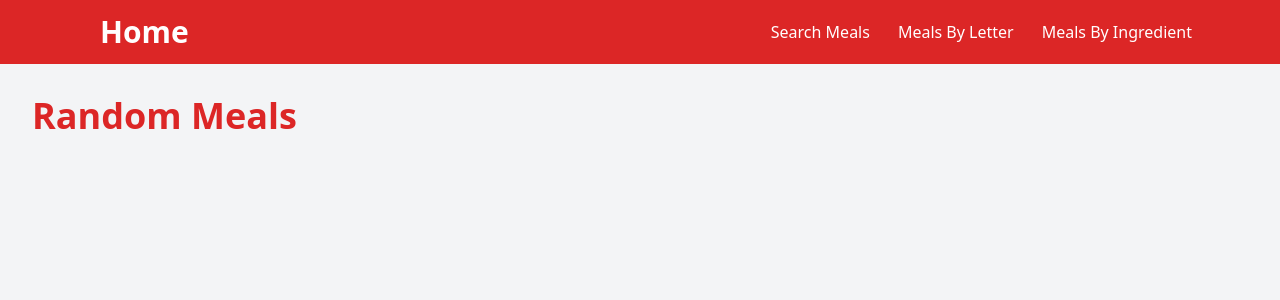
Repository: HalemX/meals
Page: /
An editor plug-in stored every save of this project. The page is shown before and after the next save, followed by the edit.
The browser window is 1280 px wide. The pictures show the whole page.
The page's requests for data from a server got no answer. The project was rebuilt for these pictures with package versions that can differ from the ones it lists, and the page was loaded fresh each time. No one was signed in, and anything a server would have sent is missing. Also part of the build but not shown: vite.config.js.

Above is the page before, as saved 2024-02-12 17:25:14.

### index.html
<!DOCTYPE html>
<html lang="en">
  <head>
    <meta charset="UTF-8" />
    <link rel="icon" type="image/svg+xml" href="/vite.svg" />
    <meta name="viewport" content="width=device-width, initial-scale=1.0" />
    <title>Vite + Vue</title>
  </head>
  <body class="bg-gray-100 h-full">
    <div id="app"></div>
    <script type="module" src="/src/main.js"></script>
  </body>
</html>

### src/main.js
import { createApp } from "vue";

import router from "./router";
import store from "./store";
import "./style.css";

import App from "./App.vue";

const app = createApp(App);
app.use(router);
app.use(store);

app.mount("#app");

### src/router/index.js
import { createRouter, createWebHistory } from "vue-router";

import Home from "../pages/home/Home.vue";

import DefaultLayout from "../components/layout/DefaultLayout.vue";
import GuestLayout from "../components/layout/GuestLayout.vue";

import MealsByIngredient from "../pages/meals/MealsByIngredient.vue";
import MealsByLetters from "../pages/meals/MealsByLetters.vue";
import MealsByName from "../pages/meals/MealsByName.vue";
import MealDetails from "../components/meals_components/MealDetails.vue";
import AllIngredients from "../pages/meals/AllIngredients.vue";

const routes = [
  {
    path: "/",
    component: DefaultLayout,
    children: [
      {
        path: "/",
        name: "home",
        component: Home,
      },
      {
        path: "/by-letter/:letter?",
        name: "byLetter",
        component: MealsByLetters,
      },
      {
        path: "/by-name/:name?",
        name: "byName",
        component: MealsByName,
      },
      {
        path: "/ingredients",
        name: "ingredients",
        component: AllIngredients,
      },
      {
        path: "/by-ingredient/:ingredient",
        name: "byIngredient",
        component: MealsByIngredient,
      },
      {
        path: "/meal/:id",
        name: "mealDetails",
        component: MealDetails,
      },
    ],
  },
  {
    path: "/guest",
    component: GuestLayout,
    children: [],
  },
];

const router = createRouter({
  history: createWebHistory(),
  routes,
});

export default router;

### src/store/index.js
import { createStore } from "vuex";

import mealsModule from "./modules/meals/index";

const store = createStore({
  modules: {
    mealsModule,
  },
});

export default store;

### src/App.vue
<template>
  <router-view v-slot="slotProps">
    <transition name="route" mode="out-in">
      <component :is="slotProps.Component"></component>
    </transition>
  </router-view>
</template>

<style scoped>
.route-enter-from {
  opacity: 0;
  transform: translateY(-30px);
}
.route-leave-to {
  opacity: 0;
  transform: translateY(30px);
}
.route-enter-active {
  transition: all 0.4s ease-out;
}
.route-enter-active {
  transition: all 0.4s ease-in;
}
.route-enter-to,
.route-leave-from {
  opacity: 1;
  transform: translateY(0);
}
</style>

### src/pages/home/Home.vue
<template>
  <div>
    <div class="p-8 pb-0 text-[#dc2626]">
      <h1 class="text-4xl font-bold mb-4">Random Meals</h1>
    </div>
    <meals-item></meals-item>
  </div>
</template>

<script>
import { onMounted, ref } from "vue";
import MealsItem from "../../components/meals_components/MealsItem.vue";
import axiosClient from "../../axiosClient";

export default {
  component: {
    MealsItem,
  },
  setup() {
    const meals = ref([]);

    onMounted(async () => {
      for (let i = 0; i < 10; i++) {
        axiosClient
          .get(`random.php`)
          .then(({ data }) => meals.value.push(data.meals[0]));
      }
    });

    return { meals };
  },
};
</script>

### src/components/layout/DefaultLayout.vue
<template>
  <div>
    <navbar />
    <main>
      <router-view v-slot="slotProps">
        <transition name="route" mode="out-in">
          <component :is="slotProps.Component"></component>
        </transition>
      </router-view>
    </main>
  </div>
</template>

<script>
import Navbar from "./Navbar.vue";
export default {
  components: {
    Navbar,
  },
};
</script>

<style>
.route-enter-from {
  opacity: 0;
  transform: translateY(-30px);
}
.route-leave-to {
  opacity: 0;
  transform: translateY(30px);
}
.route-enter-active {
  transition: all 0.4s ease-out;
}
.route-enter-active {
  transition: all 0.4s ease-in;
}
.route-enter-to,
.route-leave-from {
  opacity: 1;
  transform: translateY(0);
}
</style>

### src/store/modules/meals/index.js
import mutations from "./mutations";
import actions from "./actions";
import getters from "./getters";

export default {
  state() {
    return {
      searchMealsByName: [],
      searchMealsByLetter: [],
      searchMealsByIng: [],
    };
  },
  mutations,
  actions,
  getters,
};

### src/axiosClient.js
import axios from "axios";

const axiosClient = axios.create({
  baseURL: import.meta.env.VITE_API_BASE_URL,
});

export default axiosClient;

### src/components/layout/Navbar.vue
<template>
  <div class="bg-[#dc2626]">
    <header
      class="text-white shadow h-16 flex justify-between items-stretch bg-[#dc2626] md:mx-20"
    >
      <router-link
        class="text-3xl inline-flex items-center h-full px-5 font-bold"
        :to="{ name: 'home' }"
        >Home</router-link
      >
      <div class="flex items-center gap-3">
        <router-link
          class="inline-flex items-center px-2 h-full transition-colors hover:bg-[#ef4444]"
          :to="{ name: 'byName' }"
          >Search Meals</router-link
        >
        <router-link
          class="inline-flex items-center px-2 h-full transition-colors hover:bg-[#f87171]"
          :to="{ name: 'byLetter' }"
          >Meals By Letter</router-link
        >
        <router-link
          class="inline-flex items-center px-2 h-full transition-colors hover:bg-[#f87171]"
          :to="{ name: 'ingredients' }"
          >Meals By Ingredient</router-link
        >
      </div>
    </header>
  </div>
</template>

<script>
export default {};
</script>

<style scoped>
header {
  box-shadow: none !important;
}
</style>

### src/store/modules/meals/mutations.js
export default {
  setSearchMealsByName(state, meals) {
    state.searchMealsByName = meals;
  },
  setSearchMealsByLetter(state, meals) {
    state.searchMealsByLetter = meals;
  },
  setSearchMealsByIng(state, meals) {
    state.searchMealsByIng = meals;
  },
};

### src/store/modules/meals/actions.js
import axiosClient from "../../../axiosClient";

export default {
  async searchMealsByName(context, enterName) {
    const response = await axiosClient.get(`search.php?s=${enterName}`);

    const responseData = await response.data;

    context.commit("setSearchMealsByName", responseData.meals);
  },

  async searchMealsLetter(context, letter) {
    const response = await axiosClient.get(`search.php?f=${letter}`);

    const responseData = await response.data;

    context.commit("setSearchMealsByLetter", responseData.meals);
  },

  async searchMealsByIng(context, enterIng) {
    const response = await axiosClient.get(`filter.php?i=${enterIng}`);

    const responseData = await response.data;

    context.commit("setSearchMealsByIng", responseData.meals);
  },

  //   async fetchMeals(context) {
  //     const response = await fetch(
  //       "https://www.themealdb.com/api/json/v1/1/search.php?s=Arrabiata"
  //     );
  //     const responseData = await response.json();
  //     if (!response.ok) {
  //       const error = new Error(responseData.message || "Failed to fetch Meals");
  //       throw error;
  //     }
  //     // console.log(responseData.meals);
  //     // const meals = [];
  //     // for (const key in responseData) {
  //     //   const request = {
  //     //     id: key,
  //     //     coachId: coachId,
  //     //     userEmail: responseData[key].userEmail,
  //     //     message: responseData[key].message,
  //     //   };
  //     //   requests.push(request);
  //     // }
  //     context.commit("setMeals", responseData.meals.slice(0, 5));
  //   },
};

### src/store/modules/meals/getters.js
export default {
  getSearchMealsByName(state) {
    return state.searchMealsByName;
  },
  getSearchMealsByLetter(state) {
    return state.searchMealsByLetter;
  },
  getSearchMealsByIng(state) {
    return state.searchMealsByIng;
  },
};

### tailwind.config.js
/** @type {import('tailwindcss').Config} */
export default {
  content: ["./index.html", "./src/**/*.{vue,js,ts,jsx,tsx}"],
  theme: {
    extend: {},
  },
  plugins: [
    require("@tailwindcss/forms"),
    // ...
  ],
};

### src/components/layout/GuestLayout.vue
<template>
  <div>Login</div>
</template>

### src/pages/meals/MealsByIngredient.vue
<template>
  <meals-item :meals="mealsByIng"></meals-item>
</template>

<script>
import MealsItem from "../../components/meals_components/MealsItem.vue";

import { computed, onMounted } from "vue";
import { useRoute } from "vue-router";
import { useStore } from "vuex";

export default {
  components: {
    MealsItem,
  },
  setup() {
    const route = useRoute();
    const store = useStore();

    const mealsByIng = computed(() => {
      return store.getters.getSearchMealsByIng;
    });

    onMounted(() => {
      store.dispatch("searchMealsByIng", route.params.ingredient);
    });

    return { mealsByIng };
  },
};
</script>

### src/pages/meals/MealsByLetters.vue
<template>
  <div class="lg:mx-20">
    <div class="flex gap-1 justify-center">
      <router-link
        :to="{ name: 'byLetter', params: { letter } }"
        v-for="letter in letters"
        :key="letter"
      >
        {{ letter }}</router-link
      >
    </div>
    <transition name="route" mode="out-in">
      <meals-item
        :class="{ animate: update }"
        :meals="mealsByLetter"
      ></meals-item>
    </transition>
  </div>
</template>

<script>
import MealsItem from "../../components/meals_components/MealsItem.vue";

import { computed, watch, ref } from "vue";
import { useStore } from "vuex";
import { useRoute } from "vue-router";

export default {
  components: {
    MealsItem,
  },
  setup() {
    const store = useStore();
    const update = ref(false);

    const rout = useRoute();

    async function searchMealsLetter() {
      update.value = true;
      try {
        await store.dispatch("searchMealsLetter", rout.params.letter);
      } catch (error) {
        error = error.message || "Something failed";
      }
      update.value = false;
    }

    watch(rout, () => {
      searchMealsLetter();
    });

    const mealsByLetter = computed(() => {
      return store.getters.getSearchMealsByLetter;
    });

    const letters = "ABCDEFGHIJKLMNOPQRSTUVWXYZ".split("");

    return { letters, mealsByLetter, update };
  },
};
</script>

<style scoped>
.animate {
  animation: animation 0.9s ease-in;
}

@keyframes animation {
  40% {
    opacity: 0;
    transform: scale(0.3);
    transform: translateY(-30px);
  }
  50% {
    opacity: 0.3;
    transform: scale(0.5);
    transition: all 0.9s ease-out;
  }
  70% {
    opacity: 0.5;
    transform: scale(0.7);
    transition: all 0.9s ease-out;
  }
  80% {
    opacity: 1;
    transform: translateY(0);
  }
}
</style>

### src/pages/meals/MealsByName.vue
<template>
  <div class="lg:mx-20">
    <div class="p-8 pb-0">
      <div
        class="rounded border-2 border-gray-200 bg-white flex"
        :class="{ invalid: emptyEnter }"
      >
        <input
          type="text"
          class="rounded border-2 border-gray-200"
          placeholder="Search for Meals"
          v-model.trim="enterName"
          @change="searchMealsByName"
        />
        <button
          @click="searchMealsByName"
          class="m-2 px-3 transition ease-in-out delay-150 sm:mt-2 border-[#ef4444] bg-[#ef4444] hover:scale-105 hover:bg-[#f87171] duration-300 text-white py-1 rounded"
        >
          Enter to Search
        </button>
      </div>
    </div>
    <meals-item v-if="!emptyEnter" :meals="mealsByName"></meals-item>
    <p v-else class="text-[#ff0000] mt-2 px-8">Must Enter Name of Meal!</p>
  </div>
</template>

<script>
import { computed, onMounted, ref } from "vue";
import { useStore } from "vuex";
import { useRoute } from "vue-router";
import MealsItem from "../../components/meals_components/MealsItem.vue";

export default {
  components: {
    MealsItem,
  },
  setup() {
    const enterName = ref("");
    const emptyEnter = ref(false);

    const store = useStore();

    const mealsByName = computed(() => {
      return store.getters.getSearchMealsByName;
    });

    function searchMealsByName() {
      if (enterName.value) {
        store.dispatch("searchMealsByName", enterName.value);
        emptyEnter.value = false;
      } else {
        emptyEnter.value = true;
      }
    }

    const rout = useRoute();
    onMounted(() => {
      enterName.value = rout.params.name;
      if (enterName.value) {
        searchMealsByName();
      }
    });

    return { searchMealsByName, mealsByName, enterName, emptyEnter };
  },
};
</script>

<style scoped>
input {
  transition: 0.3s;
  caret-color: #dc2626;
  flex-grow: 2;
  border: none;
}
input:focus {
  outline: none !important;
  border-color: transparent !important;
  box-shadow: none !important;
}
.invalid {
  border-color: red;
}
@media (max-width: 420px) {
  div {
    flex-direction: column;
    background-color: transparent;
    border: none;
  }
  p {
    width: 260px;
    margin: auto;
  }
}
</style>

### src/components/meals_components/MealDetails.vue
<template>
  <div class="md:mx-20 p-8">
    <div
      class="intro flex items-center md:flex-row flex-col-reverse justify-between"
    >
      <div class="heading md:mx-10 text-center md:text-start w-full">
        <h1 class="text-1xl sm:text-2xl md:text-4xl font-bold mb-1">
          {{ meal.strMeal }}
        </h1>
        <div class="text-lg py-2">
          <div>
            <span class="font-bold">Category:</span>
            {{ meal.strCategory }}
          </div>
          <div>
            <span class="font-bold">Area:</span>
            {{ meal.strArea }}
          </div>
          <div>
            <span v-if="meal.strTags" class="font-bold">Tags:</span>
            {{ meal.strTags }}
          </div>
        </div>
      </div>
      <div class="rounded-lg flex justify-center md:justify-end">
        <img
          :src="meal.strMealThumb"
          :alt="meal.strMeal"
          class="max-w[100%] rounded-lg md:w-[100%] w-[70%]"
        />
      </div>
    </div>

    <div
      class="my-3 bg-[#ef4444] shadow text-white p-5 rounded md:leading-loose"
    >
      {{ meal.strInstructions }}
    </div>

    <div class="grid grid-cols-1 sm:grid-cols-2">
      <div>
        <h2 class="text-2xl font-semibold mb-2">Ingredients</h2>
        <ul>
          <div v-for="(_, ind) of new Array(20)">
            <li v-if="meal[`strIngredient${ind + 1}`]">
              {{ ind + 1 }}. {{ meal[`strIngredient${ind + 1}`] }}
            </li>
          </div>
        </ul>
      </div>
      <div>
        <h2 class="text-2xl font-semibold mb-2">Measures</h2>
        <ul>
          <div v-for="(_, ind) of new Array(20)">
            <li v-if="meal[`strIngredient${ind + 1}`]">
              {{ ind + 1 }}. {{ meal[`strMeasure${ind + 1}`] }}
            </li>
          </div>
        </ul>
      </div>
      <div class="flex items-center">
        <base-buttons class="mx-0" :href="meal.strYoutube"
          >Youtube</base-buttons
        >
        <base-buttons link="link" :src="meal.strSource"
          >View Original Source</base-buttons
        >
      </div>
    </div>
  </div>
</template>

<script>
import axiosClient from "../../axiosClient";
import BaseButtons from "../ui/BaseButtons.vue";

import { ref, onMounted } from "vue";
import { useRoute } from "vue-router";

export default {
  components: {
    BaseButtons,
  },
  setup() {
    const meal = ref({});

    const route = useRoute();
    onMounted(() => {
      axiosClient.get(`lookup.php?i=${route.params.id}`).then(({ data }) => {
        meal.value = data.meals[0] || {};
      });
    });

    return { meal };
  },
};
</script>

### src/pages/meals/AllIngredients.vue
<template>
  <div class="p-8 lg:mx-20">
    <h1 class="text-4xl font-bold mb-4">Ingredients</h1>
    <div class="grid grid-cols-1 md:grid-cols-2 gap-5">
      <router-link
        :to="{
          name: 'byIngredient',
          params: { ingredient: ingredient.strIngredient },
        }"
        v-for="ingredient of perfectIng"
        :key="ingredient.idIngredient"
        class="block bg-[#ef4444] text-white p-3 rounded mb-3 shadow md:leading-loose"
      >
        <h3 class="text-2xl font-bold mb-4">{{ ingredient.strIngredient }}</h3>
        <p v-if="ingredient.strDescription">
          {{ ingredient.strDescription }}
        </p>
        <p v-else>No Description Found of This Ingredient.</p>
      </router-link>
    </div>
  </div>
</template>

<script>
import { onMounted, ref } from "vue";
import axiosClient from "../../axiosClient";

export default {
  setup() {
    const ingredients = ref([]);
    const hasIngDesc = ref([]);
    const perfectIng = ref([]);

    onMounted(() => {
      axiosClient.get("list.php?i=list").then(({ data }) => {
        ingredients.value = data.meals;
        hasIngDesc.value = ingredients.value.filter((ing) => {
          return ing.strDescription !== null;
        });
        perfectIng.value = hasIngDesc.value.filter((perfIng) => {
          return perfIng.strDescription.length > 800;
        });
      });
    });

    return { ingredients, hasIngDesc, perfectIng };
  },
};
</script>

### src/components/meals_components/MealsItem.vue
<template>
  <div class="grid grid-cols-1 md:grid-cols-3 gap-5 p-8">
    <div
      v-for="meal of meals"
      :key="meal.idMeal"
      class="bg-white shadow rounded-xl hover:scale-105 transition-all"
    >
      <router-link :to="{ name: 'mealDetails', params: { id: meal.idMeal } }">
        <img
          :src="meal.strMealThumb"
          :alt="meal.strMeal"
          class="rounded-t-xl w-full h-48 object-cover"
        />
      </router-link>
      <div class="p-3">
        <h3 class="font-bold">{{ meal.strMeal }}</h3>
        <p class="mb-4">
          Lorem ipsum dolor sit, amet consectetur adipisicing elit. Repellendus
          dicta saepe.
        </p>
      </div>
      <div class="flex items-center justify-between">
        <base-buttons :href="meal.strYoutube"></base-buttons>
      </div>
    </div>
  </div>
</template>

<script>
import BaseButtons from "../ui/BaseButtons.vue";

export default {
  components: {
    BaseButtons,
  },
  props: ["meals"],
};
</script>

### src/components/ui/BaseButtons.vue
<template>
  <a
    v-if="!link"
    :href="href"
    target="_blank"
    class="transition ease-in-out delay-150 border-[#dc2626] bg-[#dc2626] hover:-translate-y-1 hover:scale-110 hover:bg-[#f87171] duration-300 px-2 m-2 py-2 rounded border-2 text-white border-0"
  >
    <slot>Youtube</slot>
  </a>
  <a
    v-else
    :href="src"
    target="_blank"
    class="transition ease-in-out delay-150 border-[#ef4444] bg-[#ef4444] hover:-translate-y-1 hover:scale-110 hover:bg-[#f87171] duration-300 text-white px-2 m-2 mx-3 py-2 rounded border-0"
  >
    <slot></slot>
  </a>
</template>

<script>
export default {
  props: {
    href: {
      type: String,
    },
    src: {
      type: String,
    },
    link: {
      type: String,
    },
  },
  setup() {},
};
</script>

### src/pages/home/HomePage.vue
<template>
  <div>
    <div class="p-8 pb-0 text-[#dc2626]">
      <h1 class="text-4xl font-bold mb-4">Random Meals</h1>
    </div>
    <meals-item></meals-item>
  </div>
</template>

<script>
import { onMounted, ref } from "vue";
import MealsItem from "../../components/meals_components/MealsItem.vue";
import axiosClient from "../../axiosClient";

export default {
  component: {
    MealsItem,
  },
  setup() {
    const meals = ref([]);

    onMounted(async () => {
      for (let i = 0; i < 10; i++) {
        axiosClient
          .get(`random.php`)
          .then(({ data }) => meals.value.push(data.meals[0]));
      }
    });

    return { meals };
  },
};
</script>

Loaded but not shown: src/style.css (common file)

After the next save:
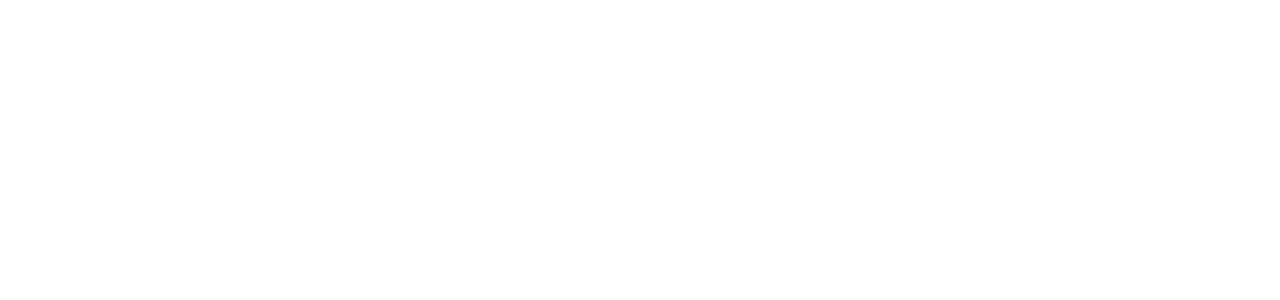
Console error: ReferenceError: Home is not defined
Saved 73 s later.
--- a/src/router/index.js
+++ b/src/router/index.js
@@ -1,6 +1,6 @@
 import { createRouter, createWebHistory } from "vue-router";
 
-import Home from "../pages/home/Home.vue";
+import HomePage from "../pages/home/Home.vue";
 
 import DefaultLayout from "../components/layout/DefaultLayout.vue";
 import GuestLayout from "../components/layout/GuestLayout.vue";

After the 2 saves that followed:
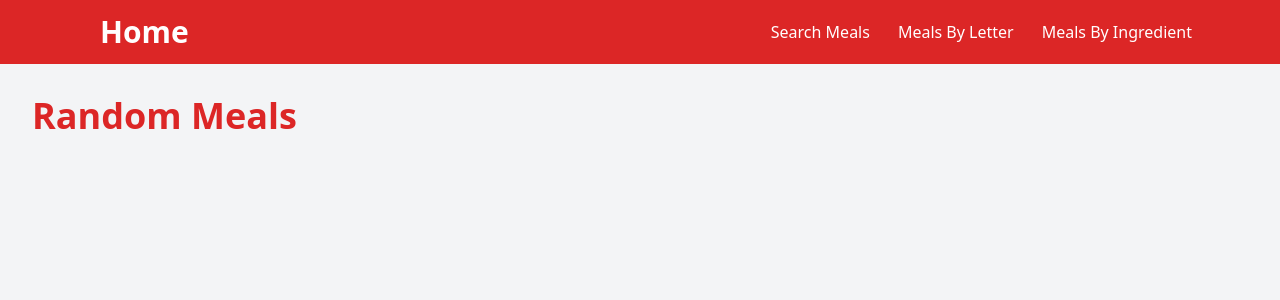
The error is gone.
The 2 saves are shown as one change because 1 left the picture as it was.
The last was saved 19 s later.
--- a/src/router/index.js
+++ b/src/router/index.js
@@ -1,6 +1,6 @@
 import { createRouter, createWebHistory } from "vue-router";
 
-import HomePage from "../pages/home/Home.vue";
+import HomePage from "../pages/home/HomePage.vue";
 
 import DefaultLayout from "../components/layout/DefaultLayout.vue";
 import GuestLayout from "../components/layout/GuestLayout.vue";
@@ -19,7 +19,7 @@
       {
         path: "/",
         name: "home",
-        component: Home,
+        component: HomePage,
       },
       {
         path: "/by-letter/:letter?",
